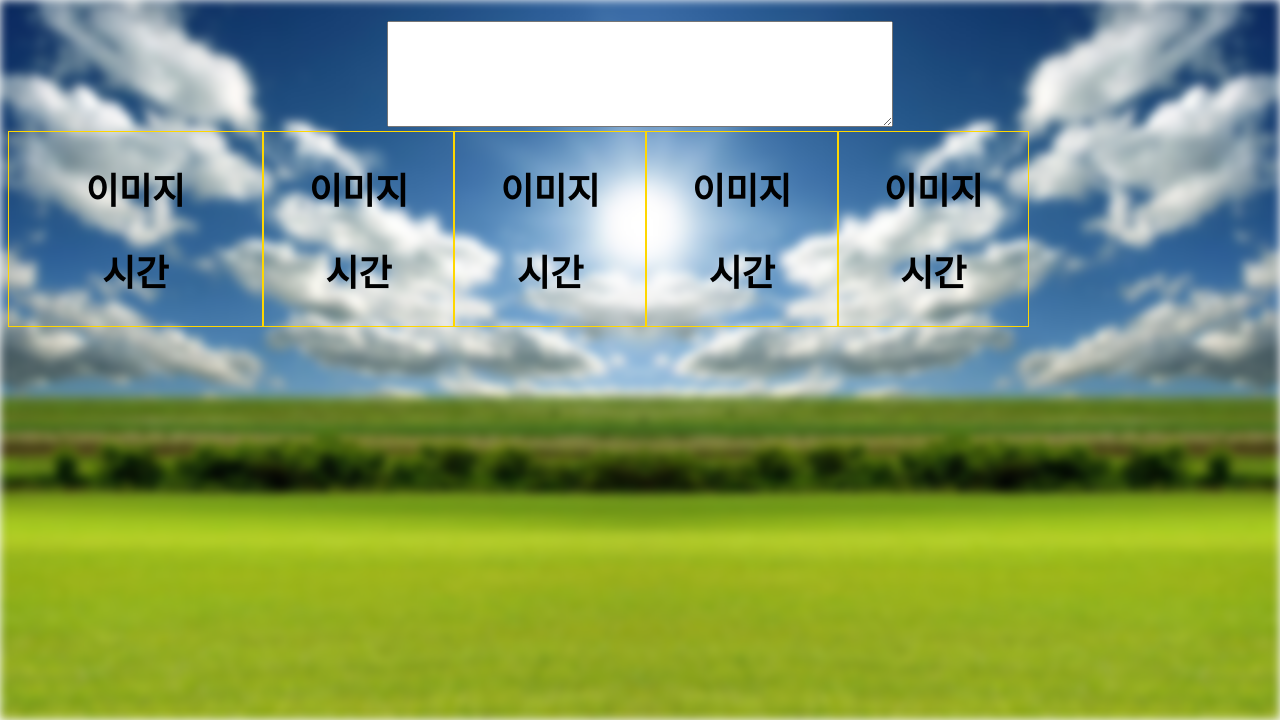
Repository: RyoTTa/4-1-Web-Programming
Page: SoloProject/Project/WebContent/index.html
These files come from the project's save history. The page is drawn as it stood at one moment and after the next save; the edit follows.
The browser window is 1280 px wide. The pictures show the whole page.
The page's requests for data from a server got no answer.

Above is the page before, as saved 2020-05-05 14:38:47.

### SoloProject/Project/WebContent/index.html
<!DOCTYPE html>
<html>
<head>
	<meta charset="UTF-8">
	<script src="https://ajax.googleapis.com/ajax/libs/jquery/3.4.1/jquery.min.js"></script>
	<link type="text/css" rel="stylesheet" href="background.css"></link>
	<title>Insert title here</title>
</head>
<body>
	<div>
		<center>
			<div><h2 id="current_time" ></h2></div>
			<div><h1 id="current_temp"></h1></div>
			<div><h1 id="current_weather"></h1></div>
			<div><textarea id="chatLog" class="contents" readonly style="width:500px; height:100px"></textarea></div>
		</center>

		<div style="border: 1px solid gold; float: left; width: 20%;"><h2 id="current_time" >
			<center>
				<div>
					<h2>이미지</h2>
				</div>
				<div>
					<h2>시간</h2>
				</div>
			</center>
		</div>
		<div style="border: 1px solid gold; float: left; width: 15%;"><h2 id="current_time" >
			<center>
				<div>
					<h2>이미지</h2>
				</div>
				<div>
					<h2>시간</h2>
				</div>
			</center>
		</div>
		<div style="border: 1px solid gold; float: left; width: 15%;"><h2 id="current_time" >
			<center>
				<div>
					<h2>이미지</h2>
				</div>
				<div>
					<h2>시간</h2>
				</div>
			</center>
		</div>
		<div style="border: 1px solid gold; float: left; width: 15%;"><h2 id="current_time" >
			<center>
				<div>
					<h2>이미지</h2>
				</div>
				<div>
					<h2>시간</h2>
				</div>
			</center>
		</div>
		<div style="border: 1px solid gold; float: left; width: 15%;"><h2 id="current_time" >
			<center>
				<div>
					<h2>이미지</h2>
				</div>
				<div>
					<h2>시간</h2>
				</div>
			</center>
		</div>

	</div>




   	<!----script 부분---->
	<script>
		function parseWeather(){
			forecast_loadJSON(function(response){
				var jsonData = JSON.parse(response);
				var date = new Date(jsonData["list"][0]["dt_txt"]);
				date.setHours(date.getHours()+9)
				for(i = 0; i<7 ;i++){
					$("#chatLog").append("도시 : " + jsonData.city.name + "\n"
							+ "기온 : " + (jsonData["list"][i]["main"]["temp"] - 273.15) + "\n"
							+ "시간 : " + date + "\n"
							+ "날씨 : " + jsonData["list"][i]["weather"][0]["main"] + "\n\n\n");
					date.setHours(date.getHours()+3)
				}

			});

			weather_loadJSON(function(response){
				var jsonData = JSON.parse(response);
				var date = new Date();
				$("#current_time").text(date);
				$("#current_temp").text((jsonData["main"]["temp"] - 273.15)+"°C");
				$("#current_weather").text(jsonData["weather"][0]["main"]);
				$("#chatLog").append("도시 : " + jsonData.name + "\n"
						+ "기온 : " + (jsonData["main"]["temp"] - 273.15) + "\n"
						+ "날씨 : " + jsonData["weather"][0]["main"] + "\n\n\n");
			});
		}
		function forecast_loadJSON(callback){
			var apiURL ="http://api.openweathermap.org/data/2.5/forecast?q=Daegu,KR&cnt=7&appid=dc8d5f394054b66bd905f0d24fc95a3d "
			var request = new XMLHttpRequest();
			request.overrideMimeType("application/json");
			request.open('GET',apiURL, true);

			request.onreadystatechange = function(){
				if(request.readyState == 4 && request.status =="200"){
					callback(request.responseText);
				}
			};
			request.send(null);
		}

		function weather_loadJSON(callback){
			var apiURL ="http://api.openweathermap.org/data/2.5/weather?q=Daegu,KR&appid=dc8d5f394054b66bd905f0d24fc95a3d "
			var request = new XMLHttpRequest();
			request.overrideMimeType("application/json");
			request.open('GET',apiURL, true);

			request.onreadystatechange = function(){
				if(request.readyState == 4 && request.status =="200"){
					callback(request.responseText);
				}
			};
			request.send(null);
		}
		window.onload = function(){
			parseWeather();
		}

	</script>

</body>
</html>

### SoloProject/Project/WebContent/background.css
body::before {
	position: fixed;
	top: 0;
	left: 0;
	right: 0;
	bottom: 0;
	background-image: url("./background/clean.jpg");
	background-size: cover;
	-webkit-filter: blur(5px);
	-moz-filter: blur(5px);
	-o-filter: blur(5px);
	-ms-filter: blur(5px);
	filter: blur(5px);
	z-index: -1;
	content: "";
}

.contents[id="01"] {
    position: absolute;
    left:50%;
    top:20%;
    z-index: 3;
}

After the next save:
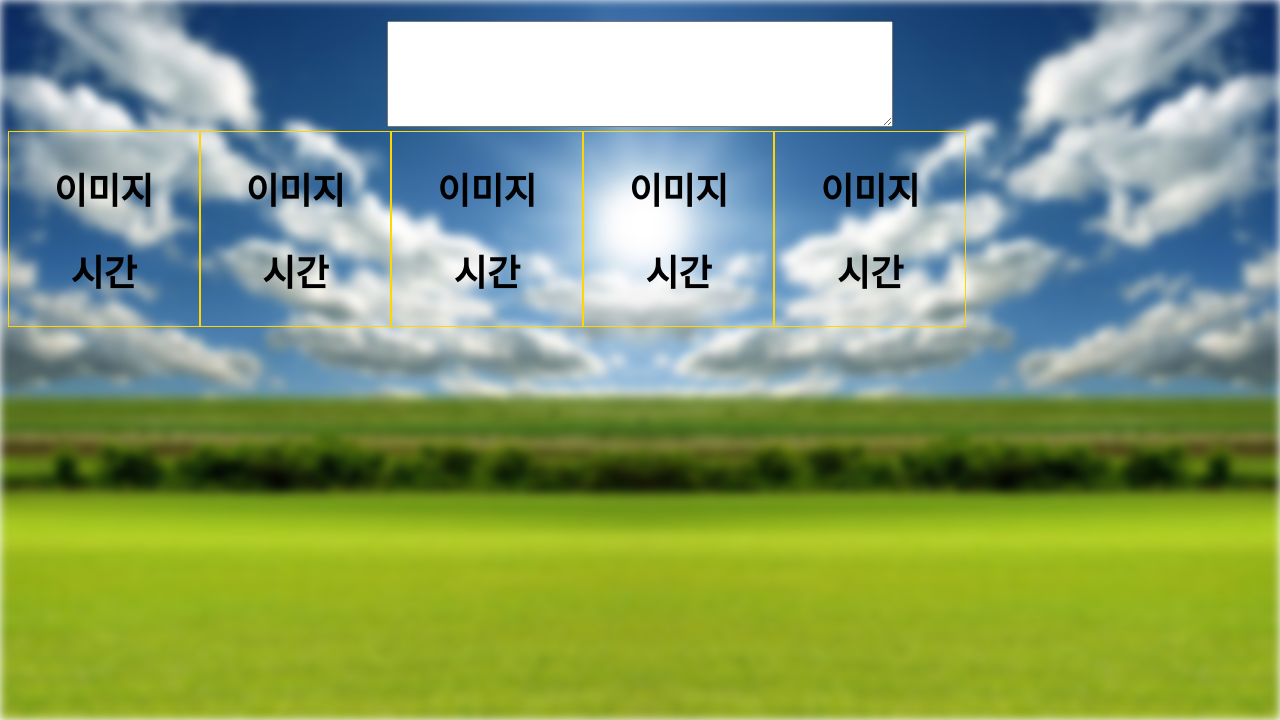
Saved 10 s later.
--- a/SoloProject/Project/WebContent/index.html
+++ b/SoloProject/Project/WebContent/index.html
@@ -15,7 +15,7 @@
 			<div><textarea id="chatLog" class="contents" readonly style="width:500px; height:100px"></textarea></div>
 		</center>
 
-		<div style="border: 1px solid gold; float: left; width: 20%;"><h2 id="current_time" >
+		<div style="border: 1px solid gold; float: left; width: 15%;"><h2 id="current_time" >
 			<center>
 				<div>
 					<h2>이미지</h2>
